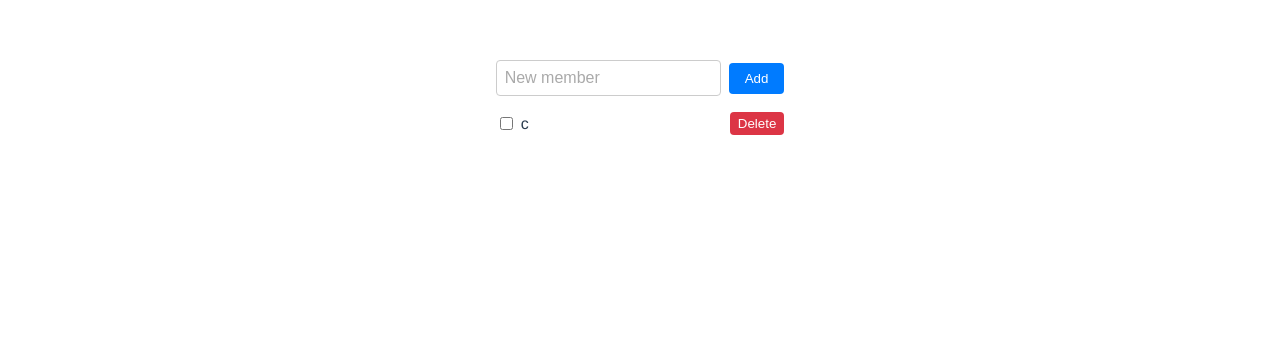
Repository: anhthu112/Todo-list
Page: /
These files come from the project's save history. The page is drawn as it stood at one moment and after the next save; the edit follows.
The browser window is 1280 px wide. The pictures show the whole page.
The project was rebuilt for these pictures with package versions that can differ from the ones it lists, and the page was loaded fresh each time. Requests to the local data server were answered from the project's data file. Also part of the build but not shown: vue.config.js.

Above is the page before, as saved 2024-02-01 14:58:11.

### src/App.vue
<template>
  <div class="container">
    <CompTodo/>
    <!-- <Login/> -->
  </div>
</template>

<script>
import CompTodo from './components/CompTodo.vue';
// import Login from './components/Login.vue'

export default {
  name: 'App',

  components: {
    CompTodo,
    // Login,
},
}
</script>

<style>
#app {
  font-family: Avenir, Helvetica, Arial, sans-serif;
  -webkit-font-smoothing: antialiased;
  -moz-osx-font-smoothing: grayscale;
  text-align: center;
  color: #2c3e50;
  margin-top: 60px;
}
.container{
    display: flex;
    justify-content: center;
  }
</style>

### src/components/CompTodo.vue
<template>
    <div>
        <AddTodo @add-todo="addTodo" />
        <TodoItem
            v-for="todoItem in todo"
            :key="todoItem.id"
            :todoProps="todoItem"
            @item-complete="markComplete"
            @deleteItem="deleteItem(todoItem.id)"
        />
    </div>
</template>

<script>
import TodoItem from './TodoItem.vue';
import AddTodo from './AddTodo.vue';
import axios from 'axios';

export default {
    name: 'ToDo',
    data() {
        return {
            todo: []
        };
    },
    methods: {
        async getAlltodo() {
            try {
                const res = await axios.get('http://localhost:3000/posts');
                this.todo = res.data;
                console.log(res.data);
            } catch (err) {
                console.log(err);
            }
        },
        markComplete(todoItem) {
            console.log(todoItem);
            todoItem.completed = !todoItem.completed;
            console.log(todoItem.completed);
        },
        async deleteItem(itemId) {
            try {
                await axios.delete(`http://localhost:3000/posts/${itemId}`);
                console.log(`Item ${itemId} deleted.`);
                this.todo = this.todo.filter(item => item.id !== itemId);
            } catch (err) {
                console.log(err);
            }
        },
        async addTodo(newTodo) {
            try {
                const res = await axios.post('http://localhost:3000/posts', newTodo);
                console.log("New todo added:", res.data);
                this.todo.push(res.data);
            } catch (err) {
                console.log(err);
            }
        }
    },
    mounted() {
        this.getAlltodo();
    },
    components: {
        TodoItem,
        AddTodo,
    },
};
</script>

<style>
</style>

### src/components/TodoItem.vue
<template>
    <p :class="['todo-item', todoProps.completed ? 'is-complete' : '']">
      <input type="checkbox" :checked="todoProps.completed" v-on:change="markItemCompleted"/>
      {{ todoProps.title }}
      <button v-on:click="deleteItem" class="btn-delete">Delete</button>
    </p>

  </template>

  <script>
  export default {
      name: 'todo-item',
      data (){
        return {
        }
      },
      props: ['todoProps'],
      methods:{
        markItemCompleted(){
          this.$emit('item-complete',this.todoProps);
        },
        deleteItem(){
          this.$emit('deleteItem', this.todoProps);
        }
      }

  }
  </script>

  <style>
.todo-item {
  display: flex;
  align-items: center;
  margin-bottom: 8px;
  font-size: 16px;
}

.is-complete {
  text-decoration: line-through;
}

.is-complete {
  color: #888;
}


.todo-item input[type="checkbox"] {
  margin-right: 8px;
}

.btn-delete {
  margin-left: auto;
  background-color: #dc3545;
  color: #fff;
  border: none;
  padding: 4px 8px;
  border-radius: 4px;
  cursor: pointer;
  text-decoration: none;
}

.btn-delete:hover {
  background-color: #c82333;
}

  </style>

### src/components/AddTodo.vue
<template>
    <form @submit.prevent="addItem">
      <input type="text" placeholder="New member" v-model="title" @input="check" class="input">
      <input type="submit" value="Add" class="add-btn">
    </form>
  </template>

  <script>
  import { ref } from 'vue';
  import { v4 as uuidv4 } from 'uuid';

  export default {
    name: 'AddTodo',
    setup(props, context) {
      const title = ref('');

      const check = () => {
        console.log(title.value);
      };

      const addItem = event => {
        if (title.value != ''){
          event.preventDefault();
          const newItem = {
            id: uuidv4(),
            title: title.value,
            completed: false
          };
          context.emit('add-todo', newItem);
          title.value = '';
        }

      };

      return {
        title,
        check,
        addItem,
      };
    },
  };
  </script>

  <style>
form {
  display: flex;
  align-items: center;
}

.input {
  padding: 8px;
  border: 1px solid #ccc;
  border-radius: 4px;
  margin-right: 8px;
  font-size: 16px;
}

.add-btn {
  padding: 8px 16px;
  background-color: #007bff;
  color: #fff;
  border: none;
  border-radius: 4px;
  cursor: pointer;
}

.add-btn:hover {
  background-color: #0056b3;
}

.input::placeholder {
  color: #aaa;
}

.input:focus {
  outline: none;
  border-color: #007bff;
}

  </style>

### db.json
{
  "posts": [
    {
      "id": "487a21aa-0c37-458f-a4a2-1da914d3799c",
      "title": "c",
      "completed": false
    }
  ]
}

### src/components/Login.vue
<template>
    <div>
      <h2>Login</h2>
      <form @submit.prevent="login">
        <label for="username">Username:</label>
        <input type="text" id="username" v-model="username" required>
        <label for="password">Password:</label>
        <input type="password" id="password" v-model="password" required>
        <button type="submit">Login</button>
      </form>
    </div>
  </template>

  <script>
  export default {
    name: 'login-page',
    data() {
      return {
        username: '',
        password: ''
      };
    },
    methods: {
      login() {
        console.log('Username:', this.username);
        console.log('Password:', this.password);
      }
    }
  };
  </script>

  <style scoped>
    .container {
    width: 300px;
    margin: 50px auto;
    padding: 20px;
    border-radius: 10px;
    background-color: #f5f5f5;
    box-shadow: 0 0 10px rgba(0, 0, 0, 0.1);
    }

    h2 {
    text-align: center;
    color: #333;
    }

    form {
    display: flex;
    flex-direction: column;
    align-items: center;
    }

    label {
    margin-bottom: 5px;
    }

    input[type="text"],
    input[type="password"] {
    width: 100%;
    padding: 10px;
    margin-bottom: 10px;
    border: 1px solid #ccc;
    border-radius: 5px;
    }

    button[type="submit"] {
    width: 100%;
    padding: 10px;
    border: none;
    border-radius: 5px;
    background-color: #007bff;
    color: #fff;
    cursor: pointer;
    }

    button[type="submit"]:hover {
    background-color: #0056b3;
    }

  </style>

Loaded but not shown: public/index.html (common file); src/main.js (common file)

After the next save:
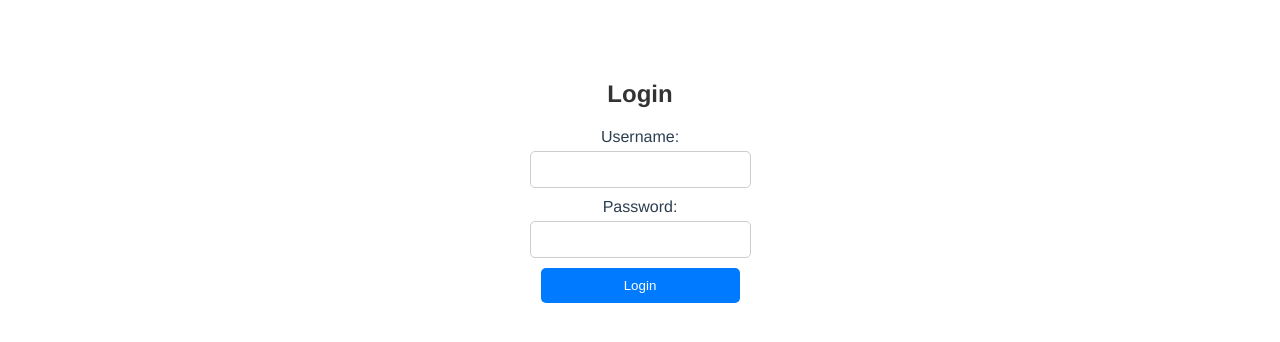
Saved 17 min 50 s later.
--- a/src/App.vue
+++ b/src/App.vue
@@ -1,20 +1,20 @@
 <template>
   <div class="container">
-    <CompTodo/>
-    <!-- <Login/> -->
+    <!-- <CompTodo/> -->
+    <Login/>
   </div>
 </template>
 
 <script>
-import CompTodo from './components/CompTodo.vue';
-// import Login from './components/Login.vue'
+// import CompTodo from './components/CompTodo.vue';
+import Login from './components/Login.vue'
 
 export default {
   name: 'App',
 
   components: {
-    CompTodo,
-    // Login,
+    // CompTodo,
+    Login,
 },
 }
 </script>
